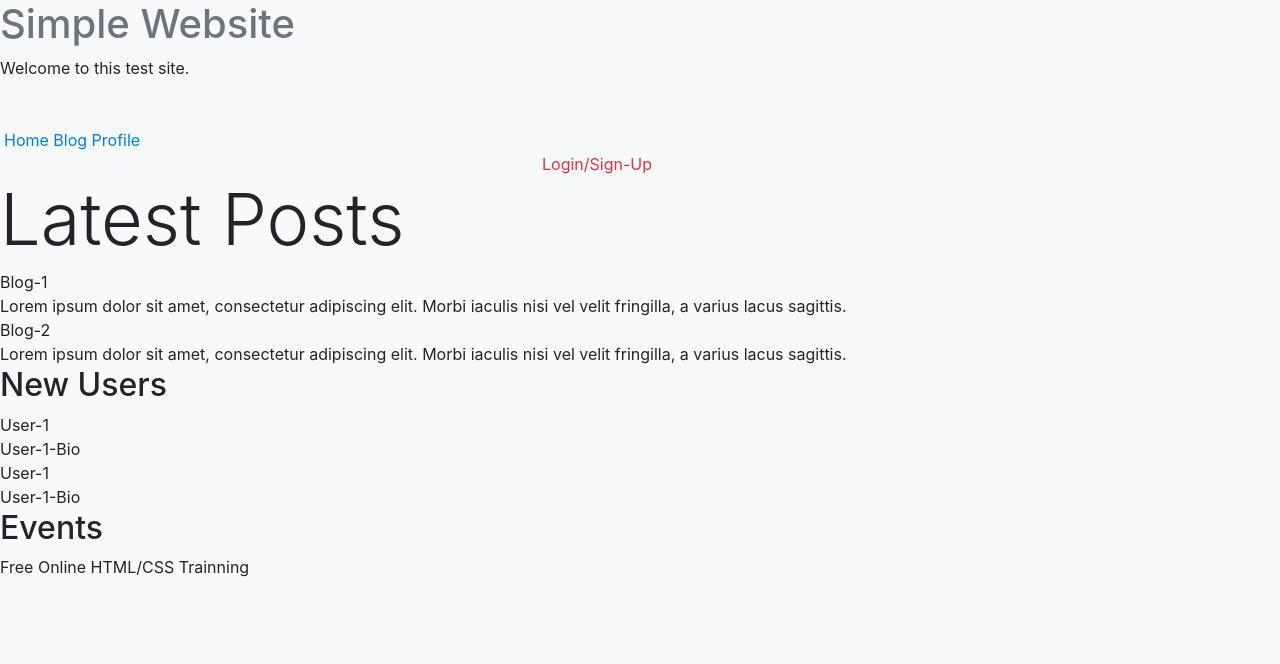
Repository: AbeTavarez/aws_sample_apps
Page: basic_website/index.html
The author's editor kept a record of every edit. The page is drawn from the files as they stood at one moment, then again after the next edit.
The browser window is 1280 px wide. The pictures show the whole page.

Above is the page before.

### basic_website/index.html
<!DOCTYPE html>
<html>
    <head>
        <meta charset="UTF-8" />
        <meta name="viewport" content="width=device-width, initial-scale=1.0" />
        <meta http-equiv="X-UA-Compatible" content="ie=edge" />


        <link rel="stylesheet" href="https://stackpath.bootstrapcdn.com/bootstrap/4.5.2/css/bootstrap.min.css" integrity="sha384-JcKb8q3iqJ61gNV9KGb8thSsNjpSL0n8PARn9HuZOnIxN0hoP+VmmDGMN5t9UJ0Z" crossorigin="anonymous">
        <link rel="stylesheet" href="/styles.css" type="text/css" />
        <title>Simple Website</title>
    </head>
    <body class="bg-light">
        <header>
            <div class="text-secondary h1">Simple Website</div>
            <div>Welcome to this test site.</div>
        </header>

        <nav class="mt-5 ml-1">
            <a href="#home">Home</a>
            <a href="#blog">Blog</a>
            <a href="profile">Profile</a>
            <div href="#log-menu" class="mx-auto" style="width: 200px;">
                <a href="#login" class="text-danger text-bold">Login/Sign-Up</a>
            </div>
        </nav>

        <main>
            <!--Latest posts section-->
            <section class="latest-posts">
                <h2 class="display-3">Latest Posts</h2>

                <div class="last-two-posts">

                    <div class="post-card">
                        <div class="post-card-title">Blog-1</div>
                        <div class="post-card-body">
                            Lorem ipsum dolor sit amet, consectetur adipiscing elit.
                            Morbi iaculis nisi vel velit fringilla, a varius lacus sagittis.
                        </div>

                         <div class="post-card">
                        <div class="post-card-title">Blog-2</div>
                        <div class="cpost-ard-body">
                            Lorem ipsum dolor sit amet, consectetur adipiscing elit.
                            Morbi iaculis nisi vel velit fringilla, a varius lacus sagittis.
                        </div>

                    </div>
                </div>
            </section>
            <!--New users section -->
            <section class="new-users">
                <h2>New Users</h2>

                <div class="last-two-users">

                    <div class="users-card">
                        <div class="users-card-name">User-1</div>
                        <div class="users-card-bio">User-1-Bio</div>
                    </div>

                     <div class="users-card">
                        <div class="users-card-name">User-1</div>
                        <div class="users-card-bio">User-1-Bio</div>
                    </div>
                </div>
            </section>

            <section class="events">
                <h2>Events</h2>

                <div class="latest-events">

                    <div class="event-card">Free Online HTML/CSS Trainning</div>

                </div>
            </section>
        </main>


    </body>
</html>

Loaded but not shown: styles.css (no stored copy; drawn as an empty file)

After the next edit:
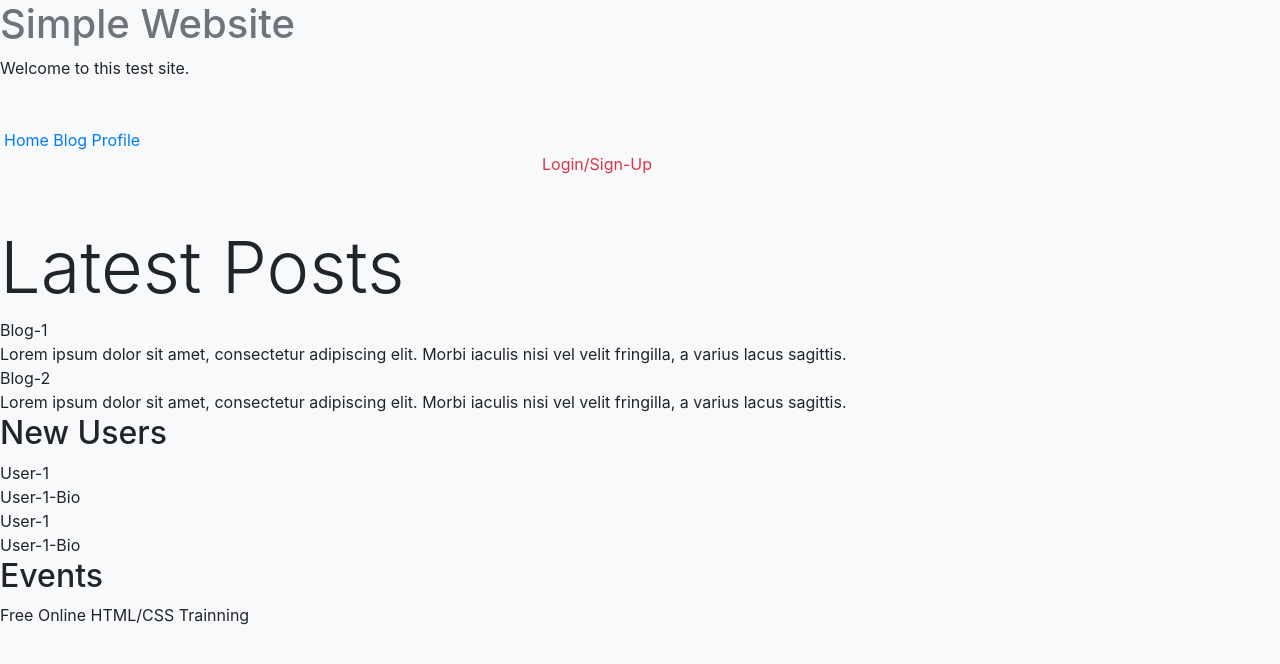
The edit:
--- a/basic_website/index.html
+++ b/basic_website/index.html
@@ -28,7 +28,7 @@
         <main>
             <!--Latest posts section-->
             <section class="latest-posts">
-                <h2 class="display-3">Latest Posts</h2>
+                <h2 class="display-3 mt-5">Latest Posts</h2>
 
                 <div class="last-two-posts">
 
